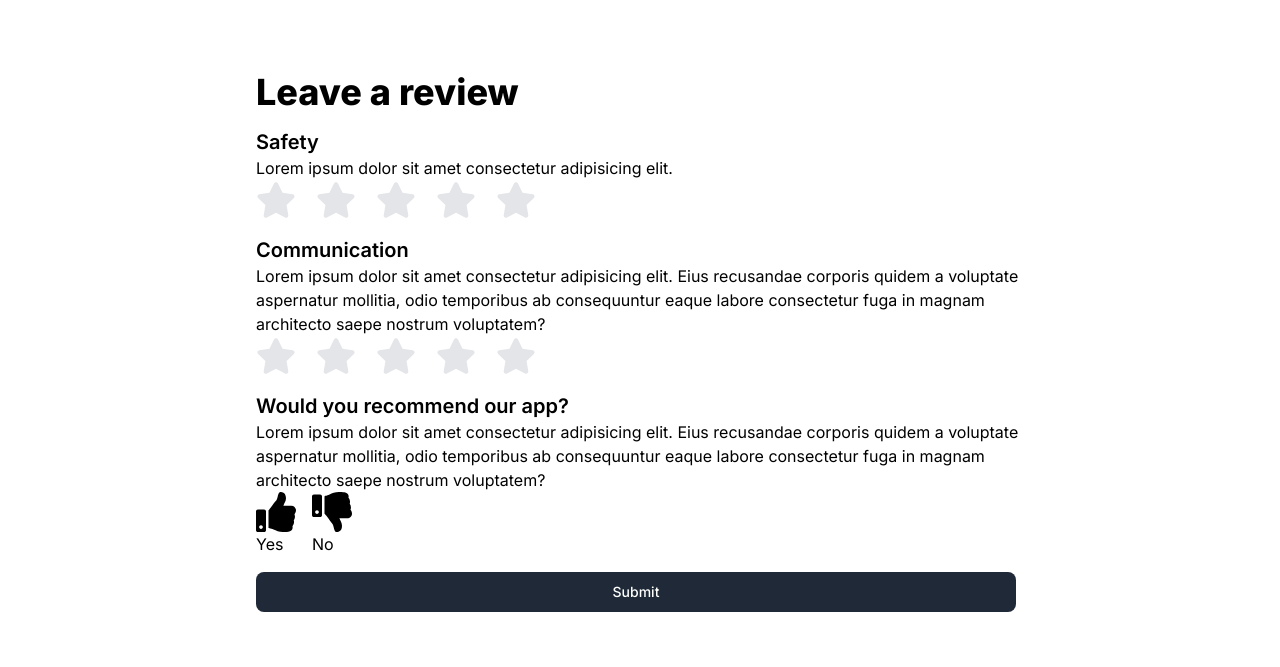
Repository: akankshaajoshi/review-form
Page: /review
The author's editor kept a copy of each file at every save. The page is drawn from the files as they stood at one save, then again after the next save.
The browser window is 1280 px wide. The pictures show the whole page.
The project was rebuilt for these pictures with package versions that can differ from the ones it lists, and the page was loaded fresh each time. The framework's server and built-in components were replaced by stand-ins that run in the browser. Also part of the build but not shown: next.config.mjs.

Above is the page before, as saved 2024-05-25 13:23:47.

### app/(routes)/review/page.tsx
'use client'

import { useFormState, useFormStatus } from "react-dom";
import {createReview} from "@/app/actions"
import StarRating from "./../../_components/StarRatings"
import TrueOrFalse from './../../_components/TrueOrFalse'

const initialState = {
    message: null,
    type: null,
}

function SubmitButton(){
    const {pending} = useFormStatus();
    return (
        <button type="submit" className="text-white bg-gray-800 hover:bg-gray-900 focus:outline-none focus:ring-4 focus:ring-gray-300 font-medium rounded-lg text-sm px-5 py-2.5 me-2 mb-2 dark:bg-gray-800 dark:hover:bg-gray-700 dark:focus:ring-gray-700 dark:border-gray-700" aria-disabled={pending}>
            Submit
        </button>
    )
}

export default function Review(){
    const ratings = [1, 2, 3, 4, 5];
    const [state, formAction] = useFormState(createReview, initialState);
    return (
        <div className="flex flex-col items-center w-[100vw] h-[100vh]">
            <div className="flex flex-col gap-y-4 items-left mt-[10vh] h-[80vh] w-[60vw]">
            <h2 className="text-4xl font-extrabold">Leave a review</h2>
            {state?.type === "success" && <p className="text-lg p-2 text-white rounded-md bg-green-500">{state?.message}</p>}
            {state?.type === "error" && <p className="text-lg p-2 text-white rounded-md bg-red-500">{state?.message}</p>}
            <form action={formAction} className="flex flex-col gap-y-4">
                <fieldset>
                    <label htmlFor="safety" className="text-xl font-semibold">Safety</label>
                    <p>Lorem ipsum dolor sit amet consectetur adipisicing elit. </p>
                    <StarRating name="safety"/>
                </fieldset>
                <fieldset>
                    <label htmlFor="communication" className="text-xl font-semibold">Communication</label>
                    <p>Lorem ipsum dolor sit amet consectetur adipisicing elit. Eius recusandae corporis quidem a voluptate aspernatur mollitia, odio temporibus ab consequuntur eaque labore consectetur fuga in magnam architecto saepe nostrum voluptatem?</p>
                    <StarRating name="communication"/>
                </fieldset>
                <fieldset>
                    <label htmlFor="recommend" className="text-xl font-semibold">Would you recommend our app? </label>
                    <p>Lorem ipsum dolor sit amet consectetur adipisicing elit. Eius recusandae corporis quidem a voluptate aspernatur mollitia, odio temporibus ab consequuntur eaque labore consectetur fuga in magnam architecto saepe nostrum voluptatem?</p>
                    <TrueOrFalse name="recommend"/>
                </fieldset>
                <SubmitButton/>
            </form>
            </div>
        </div>
    )
}

### app/actions.tsx
'use server'

import {revalidatePath} from "next/cache";
import {sql} from "@vercel/postgres"
import {z} from 'zod'
// CREATE TABLE reviews (
//     id SERIAL PRIMARY KEY,
//      safety INTEGER NOT NULL,
//     communication INTEGER NOT NULL,
//      recommend VARCHAR(5) NOT NULL );
export async function createReview(prevState: {message: string, type: string}, formData: FormData){

    const schema = z.object({
        safety: z.number(),
        communication: z.number(),
        recommend: z.string(),
    })
    const parse = schema.safeParse({
        safety: Number(formData.get('safety')),
        communication: Number(formData.get('communication')),
        recommend: formData.get('recommend'),
    })

    if (!parse.success) {
        console.log("incorrect parse")
        return { message: "Failed to create review", type: "error" };
      }

    const data = parse.data

    try{
        await sql`
        INSERT INTO reviews(safety, communication, recommend) VALUES (${data.safety}, ${data.communication}, ${data.recommend})
        `
        // revalidatePath('/reviews/' )
        return {message: `Added review successfully.`, type: "success"}
    }catch(err){
        console.log(err)
        return {message: `Failed to add review.`, type: "error"}
    }
}

### app/_components/StarRatings/index.tsx
import {FaStar} from "react-icons/fa"
import React, { useState } from "react";

interface StarProps {
  name: string;
};

const Index : React.FC<StarProps> = ({name}) => {
  const [rating , setRating] = useState<number>(0);
  const [hover, setHover] = useState<number>(0);
  return (
    <div className="flex flex-row gap-x-5">
      {[...Array(5)].map((star, index) =>{
        const currentRating: number = index+1;
        return (
          <label key={index}>
            <input type="radio" name={name}
            className="hidden"
            value={index+1}
            onClick={()=>setRating(currentRating)}>
            </input>
            <FaStar className="star" size={40} color={currentRating <= (hover || rating) ? "#ffc107" : "#e4e5e9"}
            onMouseEnter={()=>setHover(currentRating)}
            onMouseLeave={()=>setHover(0)}
            ></FaStar>
          </label>
        )
      })}
    </div>
  )
}

export default Index

### app/_components/TrueOrFalse/index.tsx
import { FaThumbsDown, FaThumbsUp } from "react-icons/fa";

interface TrueOrFalseProps {
    name: string;
}

const TrueOrFalse : React.FC<TrueOrFalseProps> = ({name}) =>{
    return (
        <div className="flex flex-row gap-x-4 gap-y-4">
            <label>
            <input type="radio" name={name}
            className="hidden"
            value="true">
            </input>
            <FaThumbsUp size={40}
            ></FaThumbsUp>
            Yes
          </label>
          <label>
            <input type="radio" name={name}
            className="hidden"
            value="false">
            </input>
            <FaThumbsDown className="star" size={40}
            ></FaThumbsDown>
            No
          </label>
        </div>
    )
}

export default TrueOrFalse;

Loaded but not shown: app/layout.tsx (common file); app/globals.css (common file); tailwind.config.ts (common file)

After the next save:
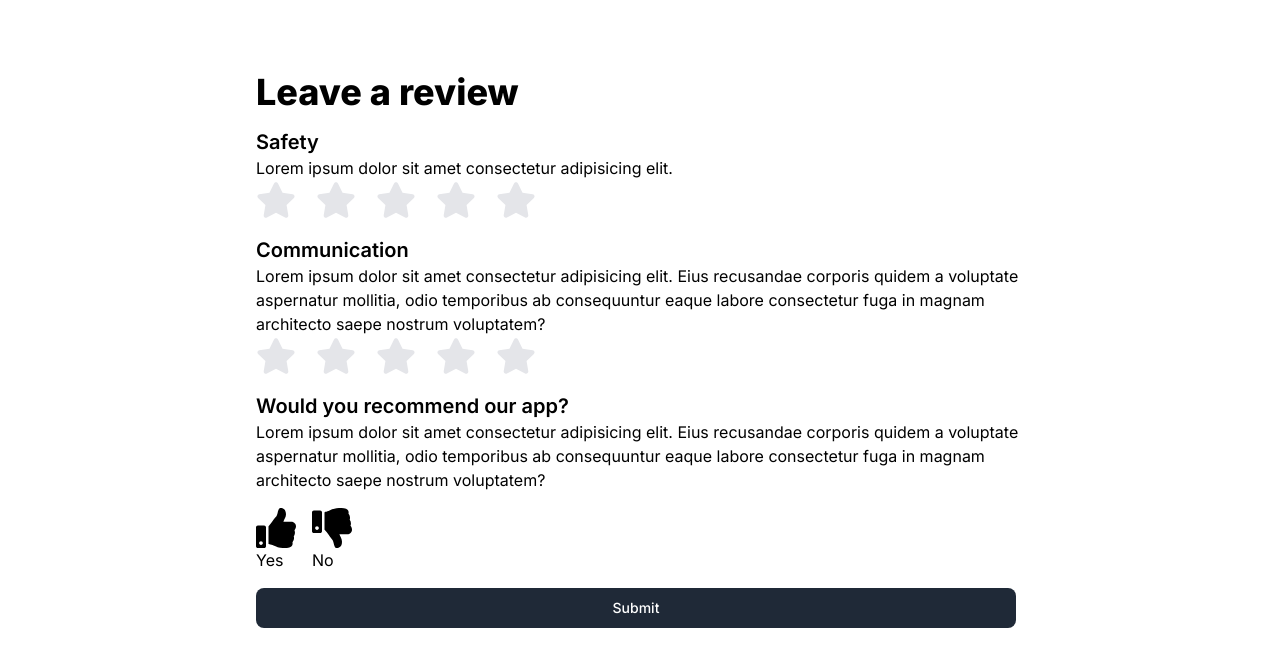
Saved 7 s later.
--- a/app/_components/TrueOrFalse/index.tsx
+++ b/app/_components/TrueOrFalse/index.tsx
@@ -6,7 +6,7 @@ interface TrueOrFalseProps {
 
 const TrueOrFalse : React.FC<TrueOrFalseProps> = ({name}) =>{
     return (
-        <div className="flex flex-row gap-x-4 gap-y-4">
+        <div className="flex flex-row gap-x-4 pt-4">
             <label>
             <input type="radio" name={name}
             className="hidden"
